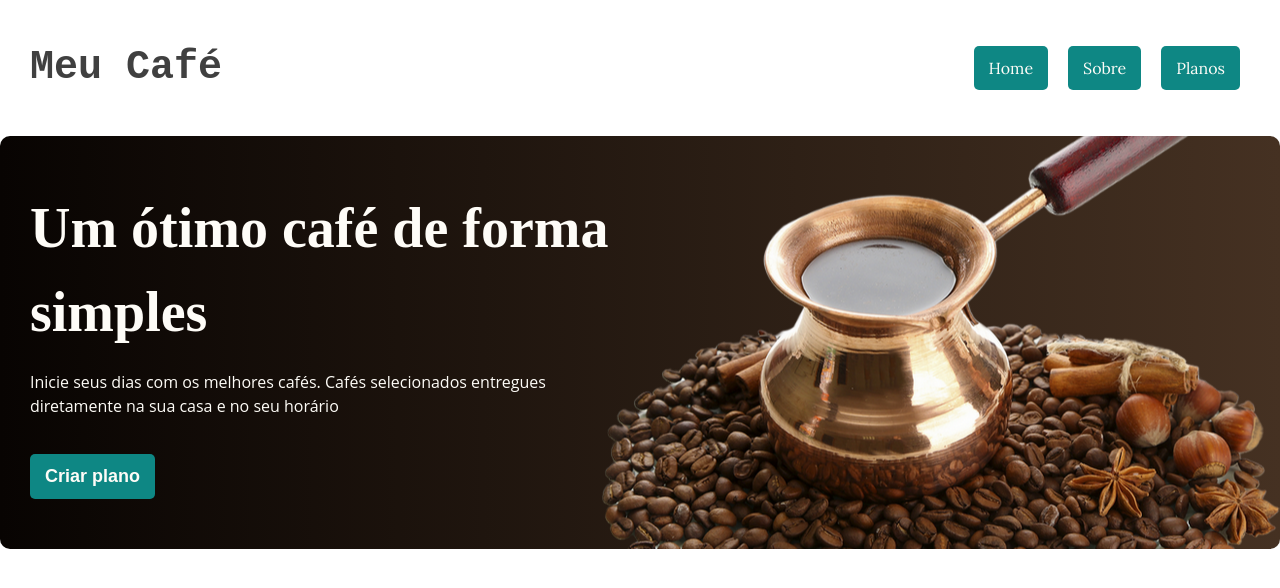
Repository: meiotera/meu_cafe.dev
Page: /
An editor plug-in stored every save of this project. The page is shown before and after the next save, followed by the edit.
The browser window is 1280 px wide. The pictures show the whole page.
The project was rebuilt for these pictures with package versions that can differ from the ones it lists, and the page was loaded fresh each time. Also part of the build but not shown: vite.config.js, src/Pages/AboutUs.jsx, src/Pages/YourPlane.jsx.

Above is the page before, as saved 2025-04-03 07:18:22.

### src/index.css
@import url('https://fonts.googleapis.com/css2?family=Lora:wght@400;700&display=swap');

:root {
  font-family: 'Lora', serif;
  line-height: 1.5;
  font-weight: 400;
  box-sizing: border-box; /* Mantido */

  color: rgba(255, 255, 255, 0.87);

  font-synthesis: none;
  text-rendering: optimizeLegibility;
  -webkit-font-smoothing: antialiased;
  -moz-osx-font-smoothing: grayscale;
}

a {
  font-weight: 500;
  color: #646cff;
  text-decoration: inherit;
}
a:hover {
  color: #535bf2;
}

h1,
h2,
h3 {
  font-family: 'Playfair Display', serif;
  margin: 0; /* Removido o margin */
}

p {
  font-family: 'Open Sans', sans-serif;
}

body {
  max-width: 1280px;
  margin: 0 auto;
}

### src/App.jsx
import React from 'react';
import { BrowserRouter, Routes, Route } from 'react-router-dom';

import Home from './Pages/Home';
import AboutUs from './Pages/AboutUs';
import YourPlane from './Pages/YourPlane';

import Header from './components/Header/Header';
import Main from './components/Main/Main';

function App() {
  return (
    <>
      <BrowserRouter>
        <Header />

        <Main>
          <Routes>
            <Route path="/" element={<Home />} />
            <Route path="/sobre" element={<AboutUs />} />
            <Route path="planos" element={<YourPlane />} />
          </Routes>
        </Main>
      </BrowserRouter>
    </>
  );
}

export default App;

### src/Pages/Home.jsx
import React from 'react';
import Main from '../components/Main/Main';
import Banner from '../components/Banner/Banner';

const Home = () => {
  return (
    <Banner
      titulo={'Um ótimo café de forma simples'}
      imagem={'artesanal'}
      texto={
        'Inicie seus dias com os melhores cafés. Cafés selecionados entregues diretamente na sua casa e no seu horário'
      }
      botao={'Criar plano'}
    />
  );
};

export default Home;

### src/components/Header/Header.jsx
import React from 'react';

import styles from './Header.module.css';
import NavBar from '../NavBar/NavBar';
import Banner from '../Banner/Banner';

const Header = () => {
  return (
    <header className={styles.header}>
      <h1 className={styles.titulo}>Meu Café</h1>

      <NavBar />
    </header>
  );
};

export default Header;

### src/components/Main/Main.jsx
import React from 'react';

const Main = ({ children }) => {
  return <main>{children}</main>;
};

export default Main;

### src/components/Banner/Banner.jsx
import React from 'react';

import styles from './Banner.module.css';

const Banner = ({ titulo, texto, botao }) => {
  return (
    <div className={styles.banner}>
      <div className={styles.containerText}>
        <h2>{titulo}</h2>

        <p>{texto}</p>
        {botao && <button className={styles.button}>{botao}</button>}
      </div>
    </div>
  );
};

export default Banner;

### src/components/Header/Header.module.css
.header {
  height: max-content;
  color: rgba(50, 49, 49, 0.93);

  padding: 30px;
  display: flex;
  flex-wrap: wrap;
  justify-content: center;
  align-items: center;
}

.titulo {
  font-size: 2.5em;
  font-family: 'Courier New', Courier, monospace;
  font-weight: bold;
}

@media screen and (min-width: 548px) {
  .header {
    justify-content: space-between;
  }
}

### src/components/NavBar/NavBar.jsx
import React from 'react';
import { NavLink } from 'react-router-dom';

import styles from './NavBar.module.css';

const NavBar = () => {
  return (
    <nav className={styles.navbar}>
      <ul>
        <li>
          <NavLink to={'/'}>Home</NavLink>
        </li>
        <li>
          <NavLink to={'/sobre'}>Sobre</NavLink>
        </li>
        <li>
          <NavLink to={'/planos'}> Planos</NavLink>
        </li>
      </ul>
    </nav>
  );
};
export default NavBar;

### src/components/Banner/Banner.module.css
.banner {
  background-image: url('../../../public/img/artesanal.png'),
    linear-gradient(to left, #453122, #080402);

  background-repeat: no-repeat;
  background-position: right;
  display: flex;

  justify-content: space-between;
  align-items: center;
  padding: 30px;
  border-radius: 10px;
}

.containerText {
  color: #fefcf7;
  max-width: 50%;
  padding: 20px 0;
}

.containerText h2 {
  font-size: 3.5em;
}

.button {
  border: none;
  background-color: #0e8784;
  border-radius: 5px;
  padding: 12px 15px;
  color: #fefcf7;
  font-weight: bold;
  font-size: 18px;
  cursor: pointer;
  margin-top: 20px;
  transition: ease-in-out 0.2s;
}

.button:hover {
  background-color: #189b99;
}

@media screen and (max-width: 820px) {
  .containerText {
    max-width: 500px;
  }
}

### src/components/NavBar/NavBar.module.css
.navbar ul {
  display: flex;
  padding: 0;
  justify-content: space-between;
}

.navbar li {
  list-style: none;
  margin: 10px;
}

.navbar a {
  padding: 12px 15px;
  background-color: #0e8784;
  border-radius: 5px;
  color: #fefcf7;
}

.navbar a:hover {
  background-color: #189b99;
}

Loaded but not shown: index.html (common file); src/main.jsx (common file)

After the next save:
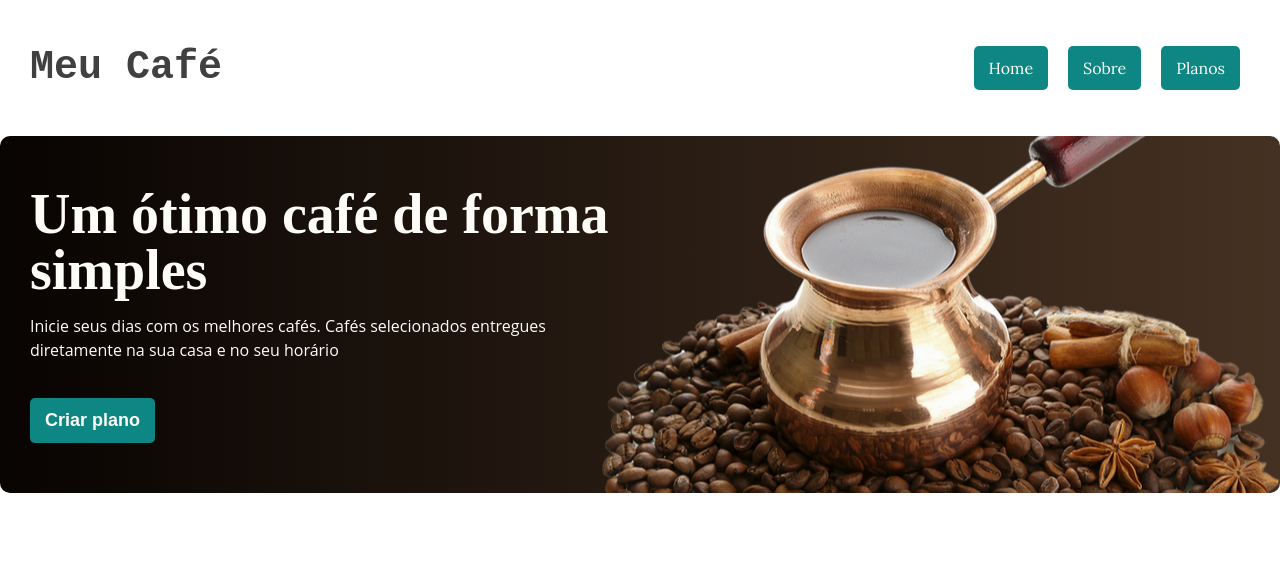
Saved 25 s later.
--- a/src/components/Banner/Banner.module.css
+++ b/src/components/Banner/Banner.module.css
@@ -20,6 +20,7 @@
 
 .containerText h2 {
   font-size: 3.5em;
+  line-height: 1;
 }
 
 .button {
